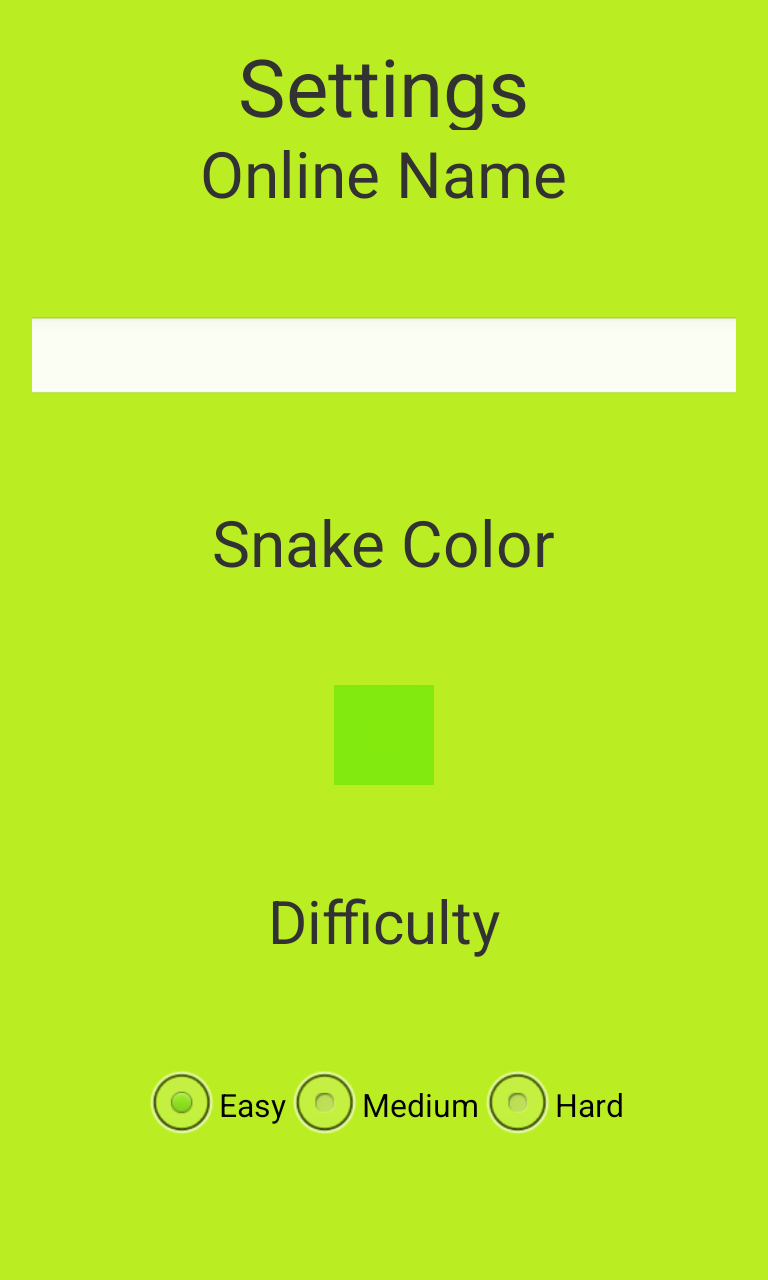
Repository: hoorncj-student/SuperSnakeOnline
Layout: SuperSnakeOnline/res/layout/activity_settings.xml
An editor plug-in stored every save of this project. The layout is shown before and after the next save, followed by the edit.
It is drawn on a 768 x 1280 px phone screen (xhdpi) without system bars, with theme AppTheme; the app's code is not run.

Above is the layout before, as saved 2013-10-12 21:02:05.

After the next save:
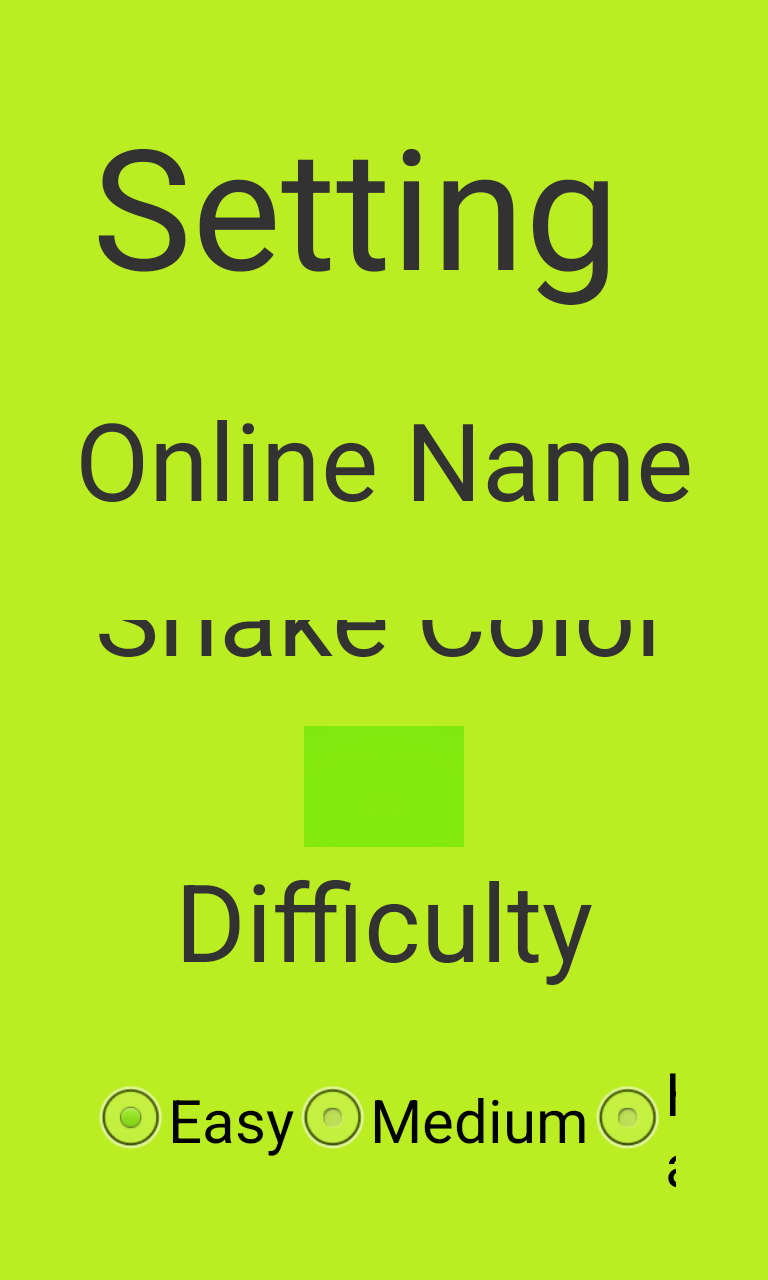
Saved 1 s later.
--- a/SuperSnakeOnline/res/layout/activity_settings.xml
+++ b/SuperSnakeOnline/res/layout/activity_settings.xml
@@ -17,7 +17,8 @@
         android:layout_height="wrap_content"
         android:layout_weight="1"
         android:text="@string/settings_title"
-        android:textSize="40sp"/>
+        android:textSize="84sp"
+        android:layout_margin="30dp"/>
 
     <LinearLayout
         android:id="@+id/name_options"
@@ -33,7 +34,7 @@
             android:layout_height="wrap_content"
             android:gravity="center_vertical"
             android:text="@string/name_prompt"
-            android:textSize="32sp" />
+            android:textSize="54sp" />
 
         <EditText
             android:id="@+id/editText1"
@@ -42,7 +43,7 @@
             android:ems="10"
             android:gravity="center_vertical"
             android:inputType="textPersonName"
-            android:layout_margin="50dp"/>
+            android:layout_margin="30dp"/>
 
     </LinearLayout>
 
@@ -59,13 +60,13 @@
             android:layout_height="wrap_content"
             android:gravity="center_vertical"
             android:text="@string/snake_color"
-            android:textSize="32sp" />
+            android:textSize="54sp" />
 
         <ImageButton
             android:id="@+id/color_button"
-            android:layout_width="50dp"
-            android:layout_height="50dp"
-            android:layout_margin="50dp"
+            android:layout_width="80dp"
+            android:layout_height="80dp"
+            android:layout_margin="20dp"
             android:background="@drawable/ic_launcher"
             android:src="@drawable/green" />
 
@@ -84,7 +85,7 @@
             android:layout_height="wrap_content"
             android:gravity="center_vertical"
             android:text="@string/difficulty"
-            android:textSize="30sp" />
+            android:textSize="54sp" />
 
         <RadioGroup
             android:id="@+id/radioGroup1"
@@ -92,26 +93,29 @@
             android:layout_height="wrap_content"
             android:gravity="center_vertical"
             android:orientation="horizontal"
-            android:layout_margin="50dp" >
+            android:layout_margin="30dp" >
 
             <RadioButton
                 android:id="@+id/radio0"
                 android:layout_width="wrap_content"
                 android:layout_height="wrap_content"
                 android:checked="true"
-                android:text="@string/easy_radio_button" />
+                android:text="@string/easy_radio_button"
+                android:textSize="30sp" />
 
             <RadioButton
                 android:id="@+id/radio1"
                 android:layout_width="wrap_content"
                 android:layout_height="wrap_content"
-                android:text="@string/medium_radio_button" />
+                android:text="@string/medium_radio_button"
+                android:textSize="30sp" />
 
             <RadioButton
                 android:id="@+id/radio2"
                 android:layout_width="wrap_content"
                 android:layout_height="wrap_content"
-                android:text="@string/hard_radio_button" />
+                android:text="@string/hard_radio_button"
+                android:textSize="30sp" />
         </RadioGroup>
     </LinearLayout>
 
